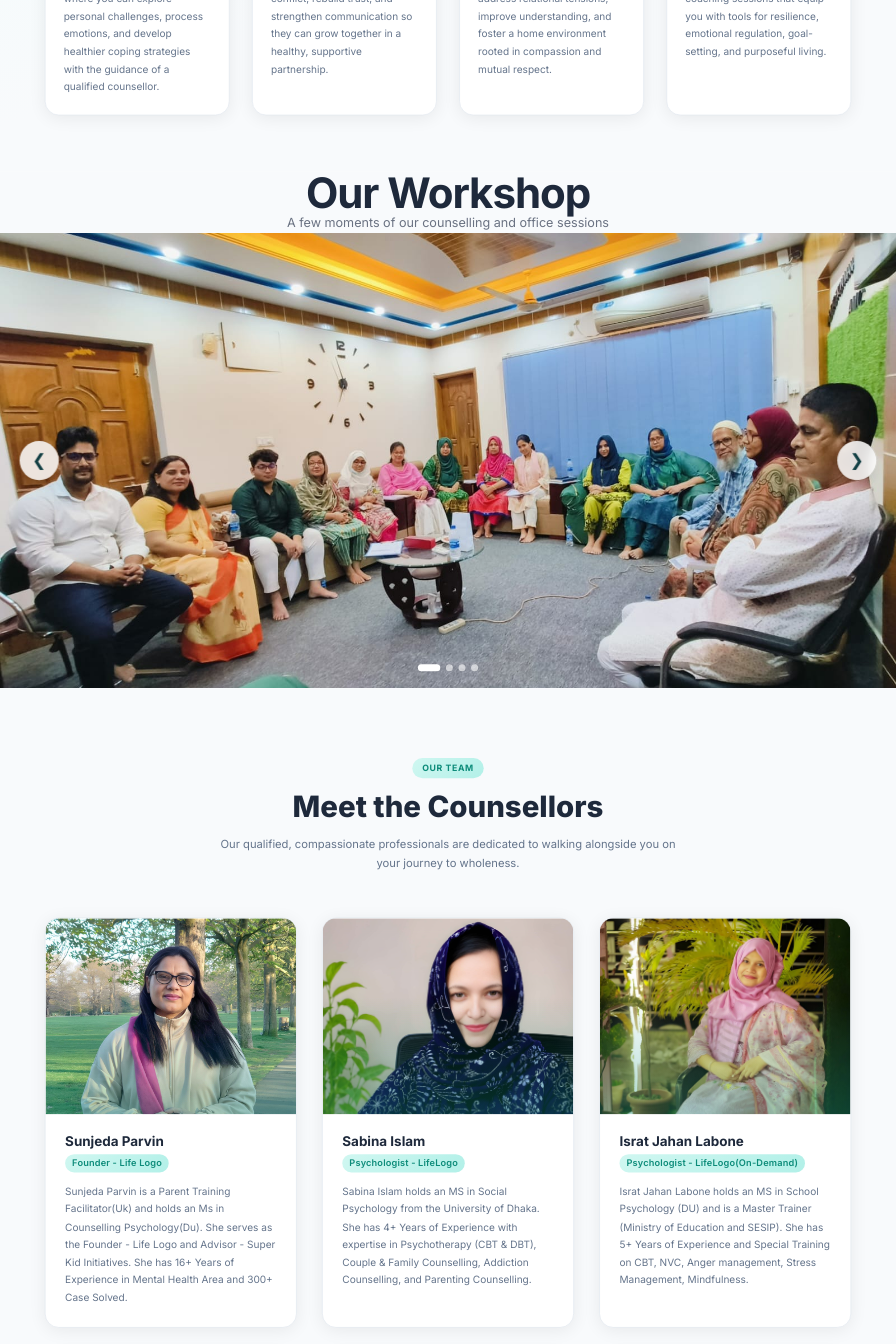
Repository: Tan47s/Lifelogo
Page: /
The author's editor kept a copy of each file at every save. The page is drawn from the files as they stood at one save, then again after the next save.
The browser window is 1280 px wide. The pictures show the part of the page from y = 1967 to 3887 px (the page is 6296 px tall before and 6284 px after), at 70% of full size.
The project was rebuilt for these pictures with package versions that can differ from the ones it lists, and the page was loaded fresh each time. Also part of the build but not shown: vite.config.js.

Above is the page before, as saved 2026-08-24 11:39:50.

After the next save:
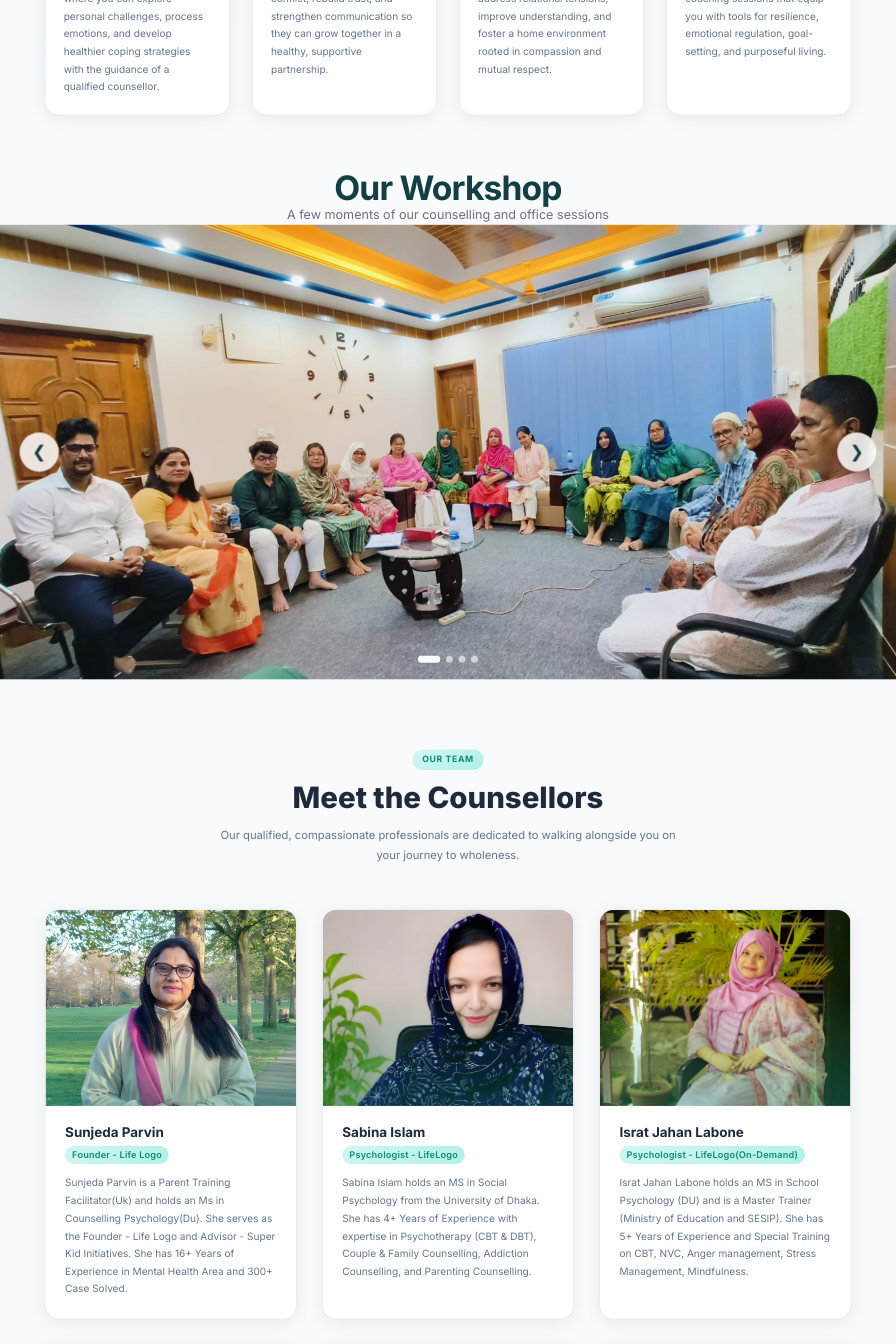
Saved 20 s later.
--- a/src/comp/Workshop.jsx
+++ b/src/comp/Workshop.jsx
@@ -23,7 +23,7 @@ export default function Workshop() {
 
       {/* Heading */}
       <div className="mb-10 w-full px-5 text-center">
-        <h2 className="mx-auto w-full text-center text-4xl font-bold tracking-tight text-[#1E293B] text-3xl lg:text-6xl">
+        <h2 className="mx-auto w-full text-center text-3xl font-bold tracking-tight text-[#123f43] md:text-4xl lg:text-5xl">
           Our Workshop
         </h2>
 
